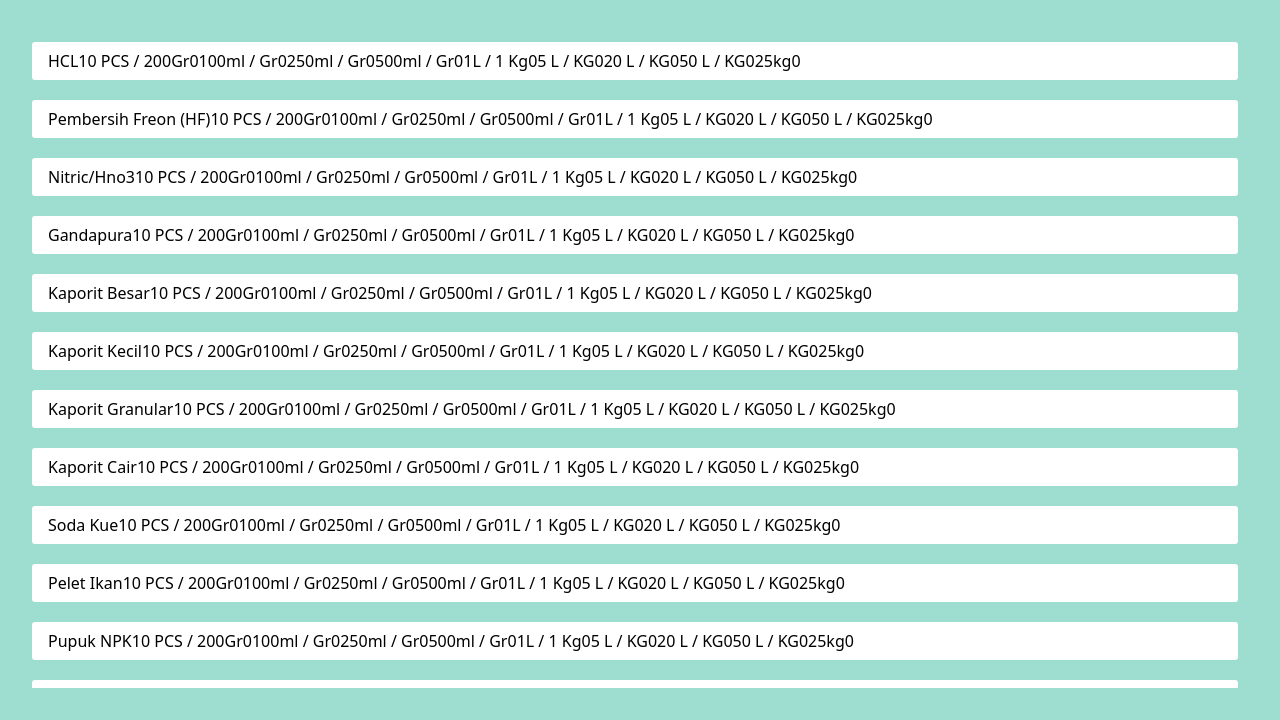
Repository: zuraniumlab-design/upstock-amsk
Page: /
The author's editor kept a copy of each file at every save. The page is drawn from the files as they stood at one save, then again after the next save.
The browser window is 1280 px wide. The pictures show the whole page.
An inner scrolling area shows only its first screen. The project was rebuilt for these pictures with package versions that can differ from the ones it lists, and the page was loaded fresh each time. Also part of the build but not shown: vite.config.js.

Above is the page before, as saved 2026-06-18 16:35:26.

### index.html
<!doctype html>
<html lang="en">
  <head>
    <meta charset="UTF-8" />
    <link rel="icon" type="image/svg+xml" href="/favicon.svg" />
    <meta name="viewport" content="width=device-width, initial-scale=1.0" />
    <meta name="author" content="muhammad hakim ilahi">
    <title>UpStock</title>
  </head>
  <body>
    <div id="root"></div>
    <script type="module" src="/src/main.jsx"></script>
  </body>
</html>

### src/main.jsx
import { StrictMode } from 'react'
import { createRoot } from 'react-dom/client'
import './index.css'
import App from './App.jsx'
import { RouterProvider } from 'react-router-dom'
import router from './router.jsx'

createRoot(document.getElementById('root')).render(
  <RouterProvider router={router}></RouterProvider>
)

### src/index.css
* {
  box-sizing: border-box;
  font-family: system-ui, -apple-system, BlinkMacSystemFont, 'Segoe UI', Roboto, Oxygen, Ubuntu, Cantarell, 'Open Sans', 'Helvetica Neue', sans-serif;
}

body {
  margin: 0;
}

div {
  display: flex;
}

### src/router.jsx
import { createBrowserRouter } from "react-router-dom";
import App from "./App";


const router = createBrowserRouter([
  {
    element: <App />,
    path: '/'
  }
])

export default router

### src/App.module.css
.container {
  background-color: #9eded0;
  height: 100vh;
  width: 100vw;
  padding: 2rem;
}

/*? SIDEBAR START */
.sidebar {

}
/*? SIDEBAR END */

.content {
  height: calc(100vh - 4rem);
  width: 100%;
  overflow: hidden;
  position: relative;
  flex-direction: column;
}

.head {
  height: 10px;
}

.items {
  height: 100%;
  width: 100%;
  padding-right: 10px;
  overflow: auto;
  gap: 20px;
  flex-direction: column;
}
.item {
  background-color: #fff;
  padding: 0.5rem 1rem;
  border-radius: 3px;
}

Loaded but not shown: src/App.jsx (1541 lines, source omitted)

After the next save:
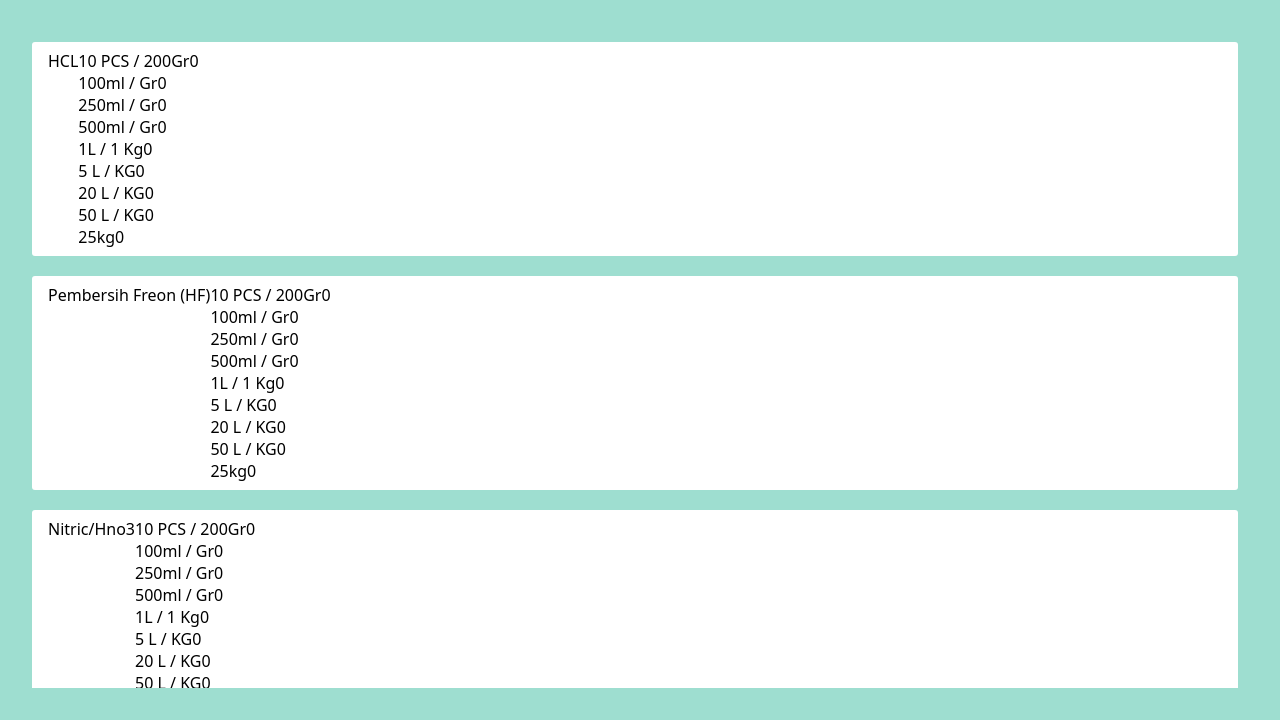
Saved 17 s later.
--- a/src/App.module.css
+++ b/src/App.module.css
@@ -36,3 +36,6 @@
   padding: 0.5rem 1rem;
   border-radius: 3px;
 }
+.weights {
+  flex-direction: column;
+}
